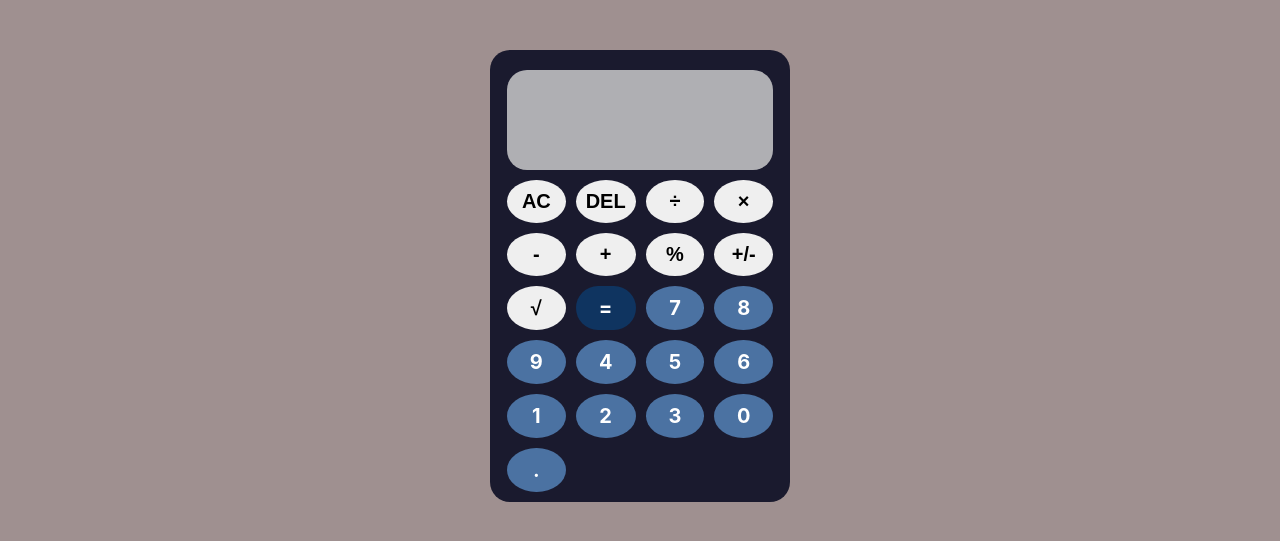
Repository: MikkyPrestige/js-calculator
Page: index.html
These files come from the project's save history. The page is drawn as it stood at one moment and after the next save; the edit follows.
The browser window is 1280 px wide. The pictures show the whole page.

Above is the page before, as saved 2023-05-08 01:26:02.

After the next save:
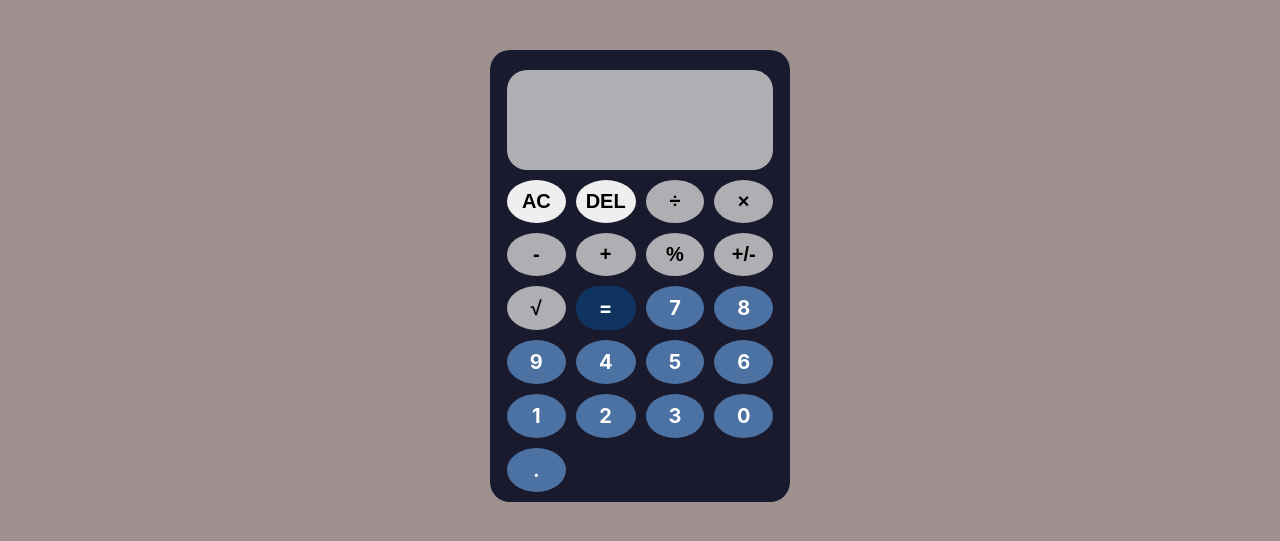
Saved 63 s later.
--- a/index.css
+++ b/index.css
@@ -101,6 +101,11 @@ main {
   -o-transition: all 0.2s ease-in-out;
 }
 
+.op {
+  background: rgba(217, 217, 217, 0.78);
+  color: #000;
+}
+
 .num {
   background: #4B72A2;
   color: #FFFFFF;
